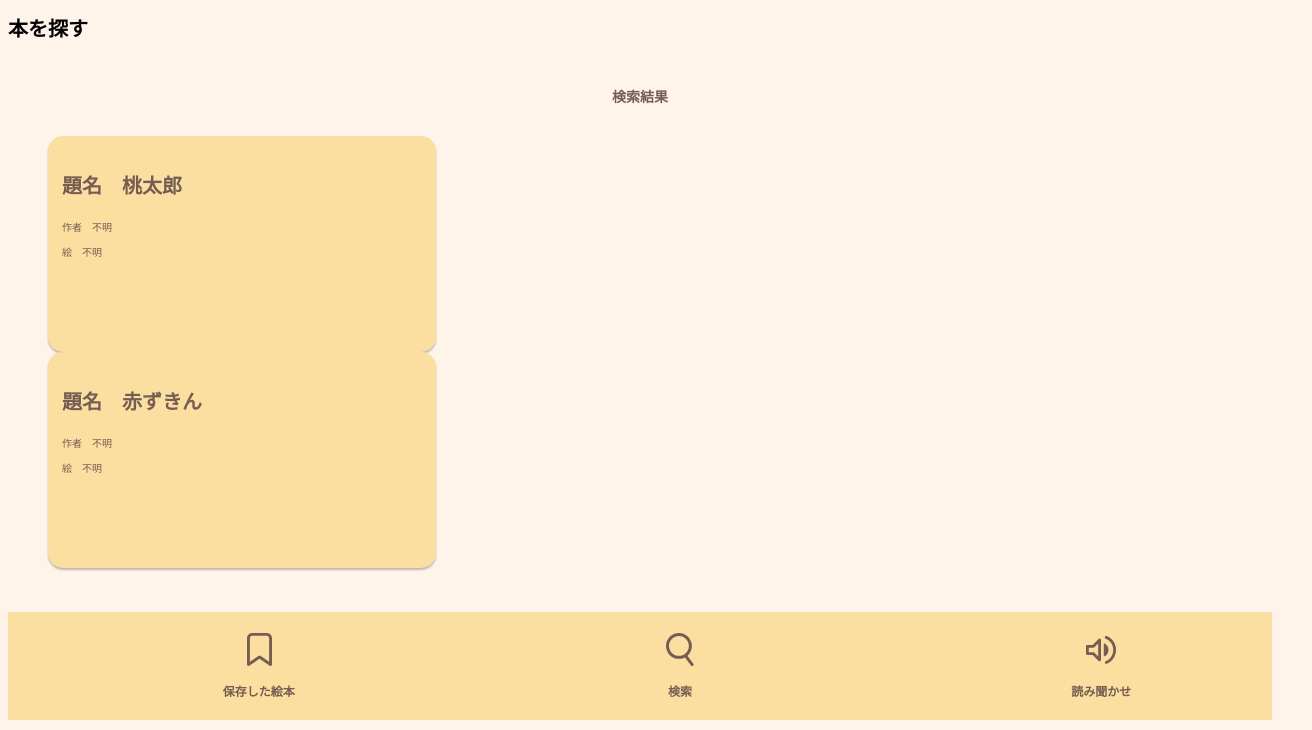
Repository: kmii12/2024-teampj
Page: /result
The author's editor kept a copy of each file at every save. The page is drawn from the files as they stood at one save, then again after the next save.
The browser window is 1280 px wide. The page is 1312 px wide, so the pictures cover 1312 px, including what lies to the right of the window. The pictures show the whole page.
Some web fonts or font styles are not loaded; a fallback is used. The project was rebuilt for these pictures with package versions that can differ from the ones it lists, and the page was loaded fresh each time. The framework's server and built-in components were replaced by stand-ins that run in the browser. Also part of the build but not shown: next.config.mjs.

Above is the page before, as saved 2024-10-23 11:03:05.

### src/app/result/page.tsx
"use client";

import Link from "next/link";
import styles from "./Result.module.scss";
import { usePathname } from "next/navigation";

export default function Result() {
  const pathname = usePathname();

  //ダミーデータ（あとからfirebaseから取得）
  const ResultDatas = [
    {
      id: 1,
      title: "桃太郎",
      writer: "不明",
      illustrator: "不明",
      livingThing: ["人間", "陸の生き物", "空の生き物"],
      mainCharacter: "桃太郎",
      character: [
        "桃太郎",
        "犬",
        "猿",
        "キジ",
        "鬼",
        "おじいさん",
        "おばあさん",
      ],
      genre: "昔話",
      location: "日本",
      hue: "不明",
      atmosphere: "",
      season: "不明",
    },
    {
      id: 2,
      title: "赤ずきん",
      writer: "不明",
      illustrator: "不明",
      livingThing: ["人間", "陸の生き物", "空の生き物"],
      mainCharacter: "赤ずきん",
      character: ["赤ずきん", "おばあさん", "オオカミ"],
      hue: "不明",
      atmosphere: ["かわいい", "怖い"],
      genre: "昔話",
      location: "海外",
      season: "不明",
    },
  ];
  return (
    <>
      <h1>本を探す</h1>

      <div className={styles.resultContainer}>
        <h2>検索結果</h2>
        <ul className={styles.resultList}>
          <div className={styles.resultItemWrap}>
            {ResultDatas.map((result) => (
              <li key={result.id} className={styles.resultItem}>
                <h3 className="title">題名　{result.title}</h3>
                <p className="writer">作者　{result.writer}</p>
                <p className="illustrator">絵　{result.illustrator}</p>
              </li>
            ))}
          </div>
        </ul>
      </div>
    </>
  );
}

### src/app/globals.css
html {
  font-size: 62.5%;
}

body {
  font-family: "Zen Maru Gothic", serif;
  background-color: #fff4ea;
}

a {
  color: inherit;
  text-decoration: none;
}

li {
  list-style-type: none;
}

### src/app/components/Footer.tsx
"use client";

import Link from "next/link";
import styles from "./Footer.module.scss";
import { usePathname } from "next/navigation";

export default function Footer() {
  const pathname = usePathname();

  return (
    <footer className={styles.footer}>
      <nav>
        <ul>
          <li>
            <Link
              href="/saved"
              className={pathname === "/saved" ? styles.active : ""}
            >
              <svg
                xmlns="http://www.w3.org/2000/svg"
                width="40"
                height="40"
                viewBox="0 0 40 40"
                fill="none"
              >
                <path
                  d="M31.5577 36C31.2643 35.9944 30.9782 35.9096 30.7308 35.7549L20.5 28.7589L10.2692 35.7549C10.0433 35.8898 9.78379 35.9611 9.51923 35.9611C9.25467 35.9611 8.99521 35.8898 8.76923 35.7549C8.54791 35.643 8.3604 35.4762 8.22542 35.271C8.09043 35.0658 8.01271 34.8295 8 34.5857V8.18571C8 6.81038 8.55718 5.49137 9.54895 4.51886C10.5407 3.54635 11.8859 3 13.2885 3H27.7115C29.1141 3 30.4593 3.54635 31.451 4.51886C32.4428 5.49137 33 6.81038 33 8.18571V34.5857C33.001 34.8425 32.9297 35.0945 32.7939 35.3141C32.6582 35.5337 32.4633 35.7123 32.2308 35.8303C32.0245 35.9413 31.793 35.9996 31.5577 36ZM20.5 25.6286C20.7947 25.6255 21.0833 25.7111 21.3269 25.8737L30.1154 31.8703V8.18571C30.1154 7.56056 29.8621 6.96101 29.4113 6.51896C28.9605 6.07691 28.3491 5.82857 27.7115 5.82857H13.2885C12.6509 5.82857 12.0395 6.07691 11.5887 6.51896C11.1379 6.96101 10.8846 7.56056 10.8846 8.18571V31.8703L19.6731 25.8737C19.9167 25.7111 20.2053 25.6255 20.5 25.6286Z"
                  fill={pathname === "/saved" ? "#c96868" : "#755D52"}
                />
              </svg>
              <p
                style={{
                  color: pathname === "/saved" ? "#c96868" : "#755D52",
                }}
              >
                保存した絵本
              </p>
            </Link>
          </li>
          <li>
            <Link href="/" className={pathname === "/" ? styles.active : ""}>
              <svg
                xmlns="http://www.w3.org/2000/svg"
                width="40"
                height="40"
                viewBox="0 0 40 40"
                fill="none"
              >
                <path
                  fillRule="evenodd"
                  clipRule="evenodd"
                  d="M18.9346 25.8692C24.4214 25.8692 28.8692 21.4214 28.8692 15.9346C28.8692 10.4479 24.4214 6 18.9346 6C13.4479 6 9 10.4479 9 15.9346C9 21.4214 13.4479 25.8692 18.9346 25.8692ZM18.9346 28.8692C26.0782 28.8692 31.8692 23.0782 31.8692 15.9346C31.8692 8.79103 26.0782 3 18.9346 3C11.791 3 6 8.79103 6 15.9346C6 23.0782 11.791 28.8692 18.9346 28.8692Z"
                  fill={pathname === "/" ? "#c96868" : "#755D52"}
                />
                <path
                  fillRule="evenodd"
                  clipRule="evenodd"
                  d="M33.0447 35.7533C32.3807 36.2486 31.4408 36.1119 30.9455 35.4479L25.0052 27.4848C24.5099 26.8208 24.6466 25.881 25.3106 25.3856C25.9746 24.8903 26.9145 25.027 27.4098 25.691L33.3501 33.6541C33.8455 34.3181 33.7087 35.2579 33.0447 35.7533Z"
                  fill={pathname === "/" ? "#c96868" : "#755D52"}
                />
              </svg>
              <p
                style={{
                  color: pathname === "/" ? "#c96868" : "#755D52",
                }}
              >
                検索
              </p>
            </Link>
          </li>
          <li>
            <Link
              href="/read"
              className={pathname === "/read" ? styles.active : ""}
            >
              <svg
                xmlns="http://www.w3.org/2000/svg"
                width="40"
                height="40"
                viewBox="0 0 40 40"
                fill="none"
              >
                <path
                  d="M32.2221 19.8994C32.2221 17.3902 31.5324 15.124 30.1529 13.1006C28.7732 11.0776 26.9538 9.59382 24.6946 8.64937C24.3335 8.49187 24.0742 8.24423 23.9167 7.90646C23.7592 7.5684 23.7499 7.22812 23.8888 6.88562C24.0371 6.51507 24.2987 6.25576 24.6737 6.10771C25.0487 5.95965 25.4307 5.96424 25.8196 6.12146C28.5879 7.27896 30.8101 9.10076 32.4862 11.5869C34.1621 14.073 35 16.8438 35 19.8994C35 22.9549 34.1621 25.7258 32.4862 28.2119C30.8101 30.698 28.5879 32.5198 25.8196 33.6773C25.4307 33.8345 25.0487 33.8391 24.6737 33.691C24.2987 33.543 24.0371 33.2837 23.8888 32.9131C23.7499 32.5706 23.7592 32.2303 23.9167 31.8923C24.0742 31.5545 24.3335 31.3069 24.6946 31.1494C26.9538 30.2049 28.7732 28.7212 30.1529 26.6981C31.5324 24.6748 32.2221 22.4085 32.2221 19.8994ZM11.6667 24.941H6.38875C5.99069 24.941 5.65972 24.8091 5.39583 24.5452C5.13194 24.2813 5 23.9503 5 23.5523V16.3298C5 15.9317 5.13194 15.6008 5.39583 15.3369C5.65972 15.073 5.99069 14.941 6.38875 14.941H11.6667L17.6388 8.96896C18.074 8.53368 18.5764 8.4341 19.1458 8.67021C19.7153 8.90632 20 9.33451 20 9.95479V29.9273C20 30.5476 19.7153 30.9758 19.1458 31.2119C18.5764 31.448 18.074 31.3484 17.6388 30.9131L11.6667 24.941ZM27.5 19.941C27.5 21.293 27.1713 22.5315 26.5138 23.6565C25.8565 24.7815 24.9492 25.6587 23.7917 26.2881C23.5508 26.4178 23.3217 26.4109 23.1042 26.2673C22.8867 26.124 22.7779 25.9226 22.7779 25.6631V14.1631C22.7779 13.904 22.8867 13.7026 23.1042 13.559C23.3217 13.4156 23.5508 13.4087 23.7917 13.5381C24.9492 14.177 25.8565 15.0706 26.5138 16.219C27.1713 17.367 27.5 18.6077 27.5 19.941ZM17.2221 13.5244L12.8887 17.719H7.77792V22.1631H12.8887L17.2221 26.3856V13.5244Z"
                  fill={pathname === "/read" ? "#c96868" : "#755D52"}
                />
              </svg>
              <p
                style={{
                  color: pathname === "/read" ? "#c96868" : "#755D52",
                }}
              >
                読み聞かせ
              </p>
            </Link>
          </li>
        </ul>
      </nav>
    </footer>
  );
}

### src/app/result/Result.module.scss
@import "../styles/variables.scss";

.resultContainer {
  color: $text;
  margin: 44px 0; //resultPage全ての上下の余白
  // border: 1px solid #000;

  h2 {
    position: relative;
    text-align: center;
    font-size: 1.4em;
    margin-bottom: 30px;
  }
  h3 {
    font-size: 2em;
  }

  .resultItem {
    padding: 14px;
    width: 360px;
    height: 188px;
    background-color: $main;
    border-radius: 15px;
    box-shadow: 0px 2px 2px rgba($color: #000000, $alpha: 0.25);
  }
}

### src/app/components/Footer.module.scss
@import "../styles/variables.scss";

.footer {
  width: 100%;
  height: 14vh;
  padding-top: 1vh;
  background-color: $main;
  nav {
    width: inherit;
    height: inherit;
    ul {
      width: inherit;
      height: auto;
      display: flex;
      justify-content: space-around;
      align-items: center;
      li {
        width: calc(100% / 3);
        a {
          display: flex;
          flex-direction: column;
          justify-content: center;
          align-items: center;
          p {
            font-size: 1.2rem;
            font-weight: bold;
          }
        }
      }
    }
  }
}

### src/app/styles/variables.scss
// sassでカラーを使用するとき用

// 使用するファイルで最初に下記を記述
// コンポーネント用 → @import "../styles/variables.scss";
// ページ用 → @import "./styles/variables.scss";

$base: #fff4ea;
$main: #fadfa1;
$sub: #c96868;
$accent: #7eacb5;
$text: #755d52;

Loaded but not shown: src/app/layout.tsx (common file)

After the next save:
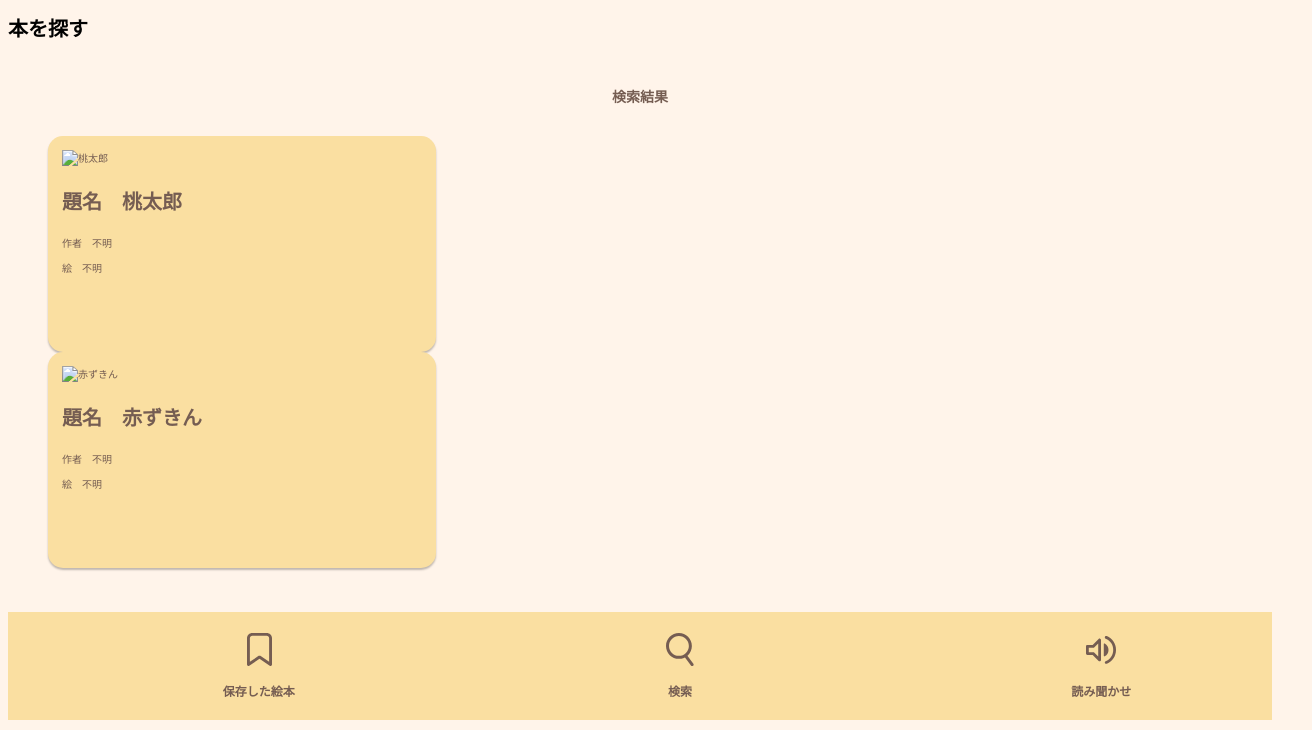
Saved 4 min 16 s later.
--- a/src/app/result/page.tsx
+++ b/src/app/result/page.tsx
@@ -56,9 +56,18 @@ export default function Result() {
           <div className={styles.resultItemWrap}>
             {ResultDatas.map((result) => (
               <li key={result.id} className={styles.resultItem}>
-                <h3 className="title">題名　{result.title}</h3>
-                <p className="writer">作者　{result.writer}</p>
-                <p className="illustrator">絵　{result.illustrator}</p>
+                <div>
+                  <img
+                    src={result.image}
+                    alt={result.title}
+                    className={styles.image}
+                  />
+                </div>
+                <div>
+                  <h3 className="title">題名　{result.title}</h3>
+                  <p className="writer">作者　{result.writer}</p>
+                  <p className="illustrator">絵　{result.illustrator}</p>
+                </div>
               </li>
             ))}
           </div>
